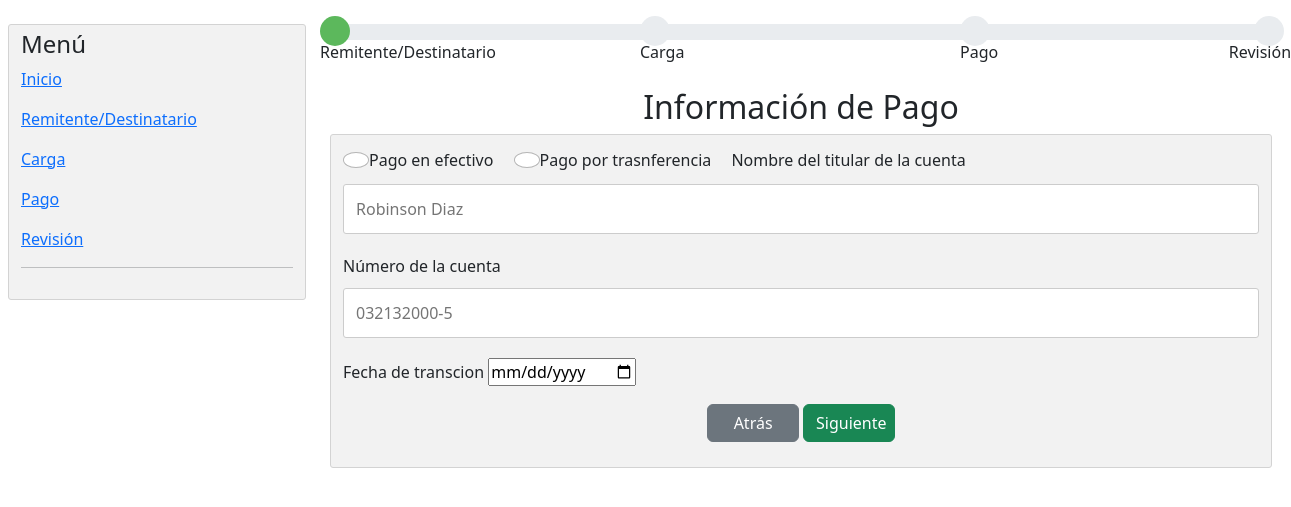
Repository: SennovaFluvial/Trasnfluvial
Page: appFluvial/templates/card1pago.html
These files come from the project's save history. The page is drawn as it stood at one moment and after the next save; the edit follows.
The browser window is 1280 px wide. The page is 1291 px wide, so the pictures cover 1291 px, including what lies to the right of the window. The pictures show the whole page.
The template is drawn by Django 3.2. The application's start-up code is not run. The template is opened directly, without the code that normally fills it, so the values that code supplies are empty.

Above is the page before, as saved 2023-10-20 22:49:11.

After the next save:
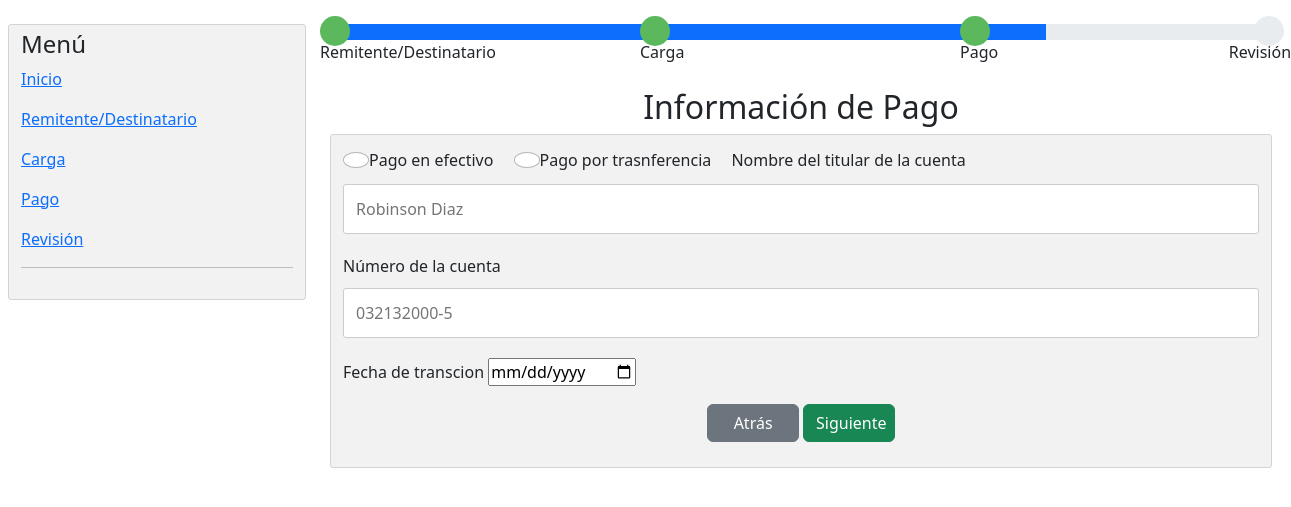
Saved 57 s later.
--- a/appFluvial/templates/card1pago.html
+++ b/appFluvial/templates/card1pago.html
@@ -187,10 +187,10 @@ span.price {
         <div class="col-md-12">
         <div class="progress">
             <div class="one success-color"></div>
-            <div class="two no-color"></div>
-            <div class="three no-color"></div>
+            <div class="two success-color"></div>
+            <div class="three success-color"></div>
             <div class="four no-color"></div>
-            <div class="progress-bar progress-bar-success" style="width: 0%"></div>
+            <div class="progress-bar progress-bar-success" style="width: 76%"></div>
         </div>
         <br>
         <label for="one" style="position: absolute; top: 30px; left: 25%; z-index: 1; margin-top: 10px;">Remitente/Destinatario</label>
